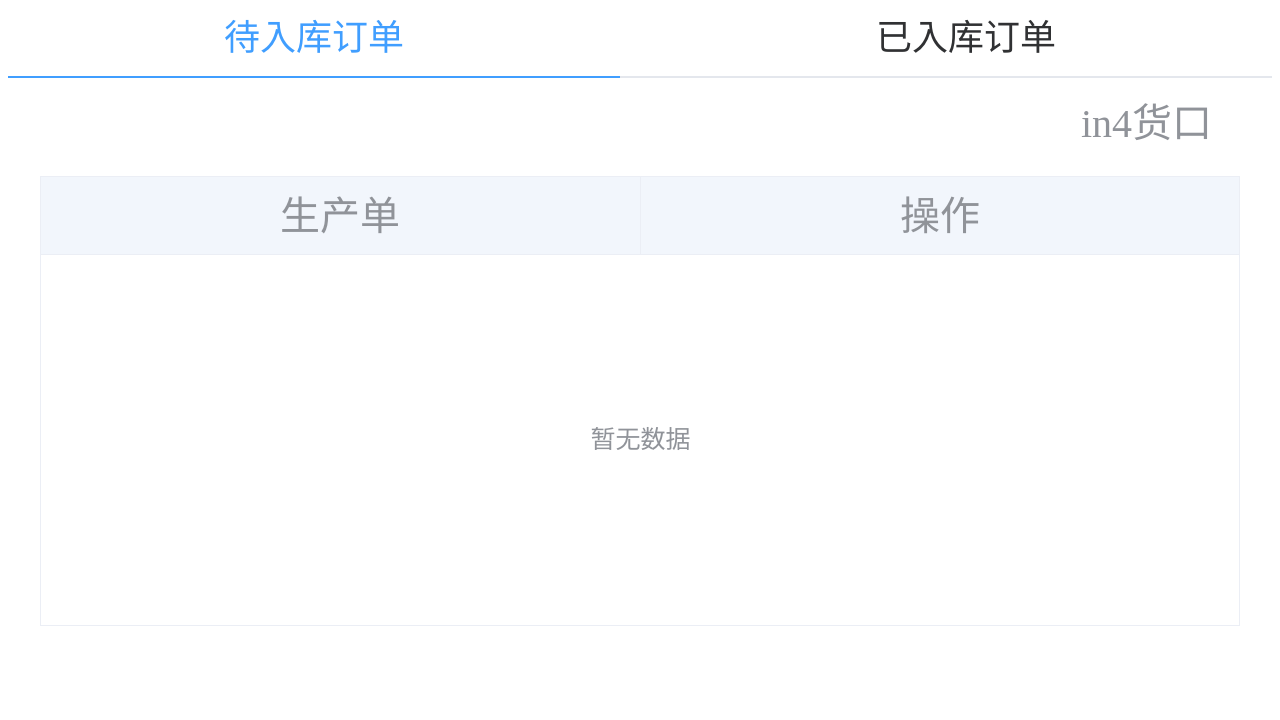
Repository: yaesass/yaesass
Page: / (app in scancode/)
An editor plug-in stored every save of this project. The page is shown before and after the next save, followed by the edit.
The browser window is 1280 px wide. The pictures show the whole page.
The project was rebuilt for these pictures with package versions that can differ from the ones it lists, and the page was loaded fresh each time. Also part of the build but not shown: scancode/vue.config.js.

Above is the page before, as saved 2022-06-29 16:55:51.

After the next save:
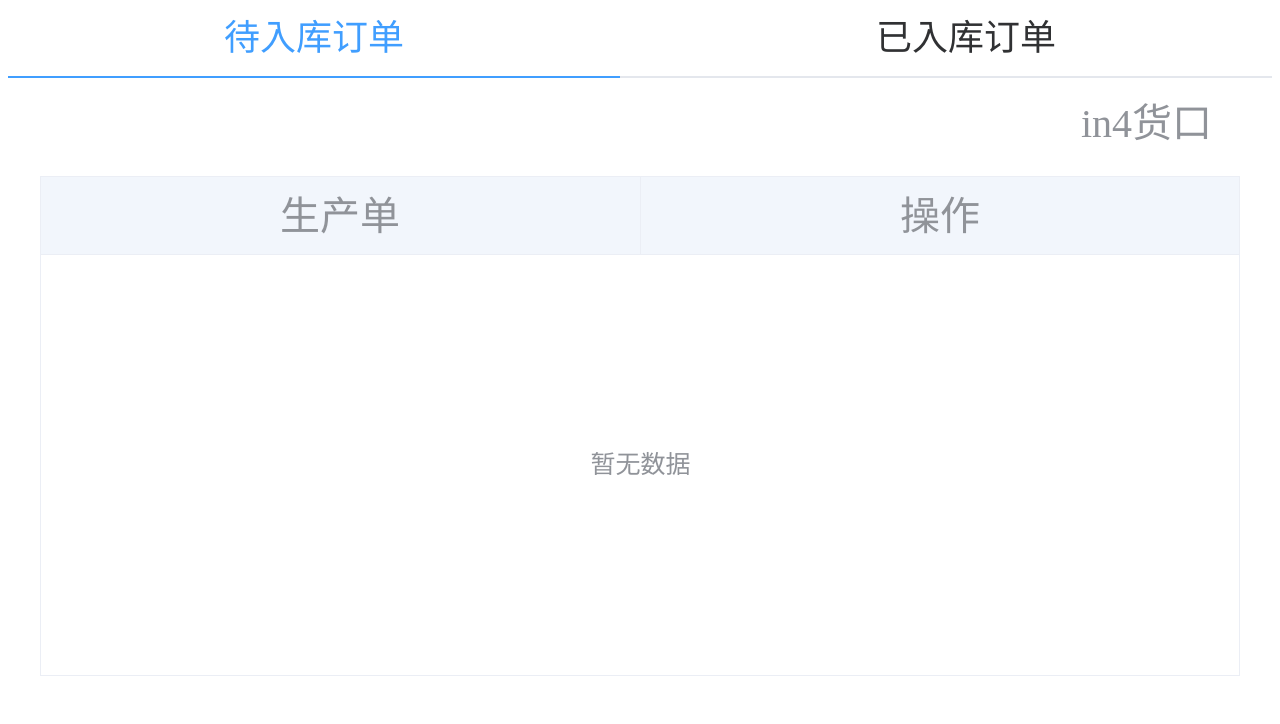
Saved 22 s later.
--- a/scancode/src/views/InStock.vue
+++ b/scancode/src/views/InStock.vue
@@ -15,7 +15,7 @@
         }"
         style="width: 95%; margin: 40px auto; font-size: 25px"
         :cell-style="totalcellcolor"
-        height="450"
+        height="500"
         :row-style="{ height: '48px' }"
       >
         <el-table-column align="center" label="生产单">
